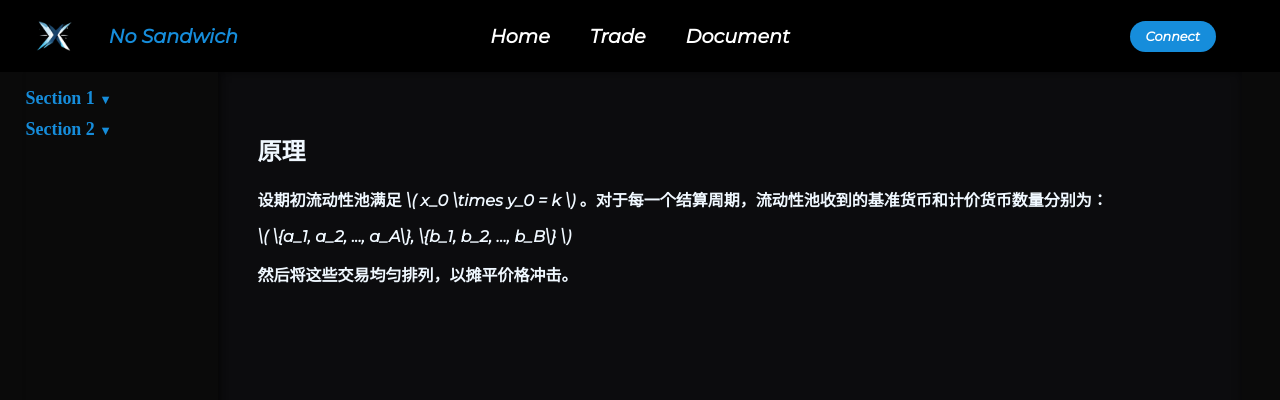
Repository: TreapGoGo/hackathon-2024-10-13
Page: /document/section/1/2 (app in Web/NoSandwichSwapPair_Web/)
An editor plug-in stored every save of this project. The page is shown before and after the next save, followed by the edit.
The browser window is 1280 px wide. The pictures show the whole page.
An inner scrolling area shows only its first screen. The project was rebuilt for these pictures with package versions that can differ from the ones it lists, and the page was loaded fresh each time. Also part of the build but not shown: Web/NoSandwichSwapPair_Web/vite.config.js, Web/NoSandwichSwapPair_Web/src/components/documents/Subsection1_1.vue, Web/NoSandwichSwapPair_Web/src/components/documents/Subsection2_1.vue, Web/NoSandwichSwapPair_Web/src/components/documents/Subsection2_2.vue.

Above is the page before, as saved 2024-10-19 00:18:37.

After the next save:
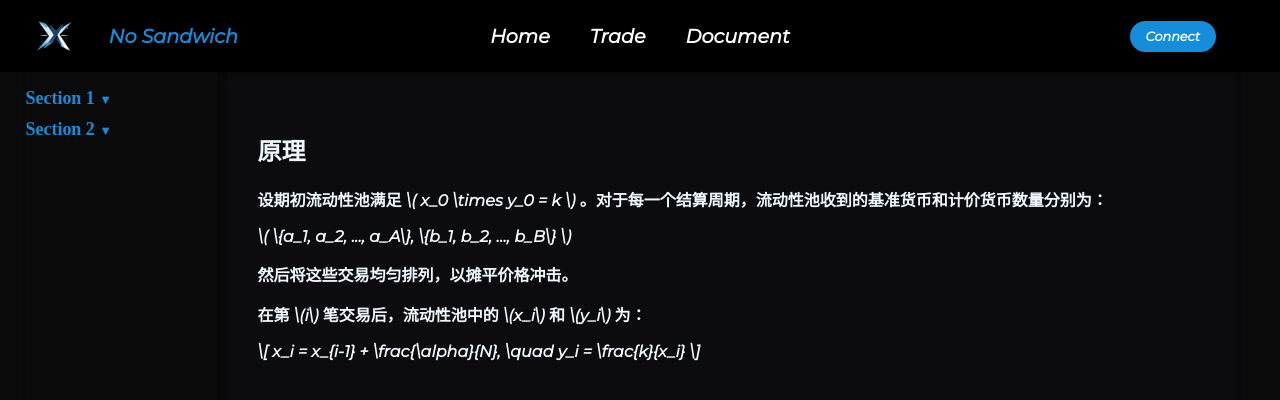
Saved 60 s later.
--- a/Web/NoSandwichSwapPair_Web/src/components/documents/Subsection1_2.vue
+++ b/Web/NoSandwichSwapPair_Web/src/components/documents/Subsection1_2.vue
@@ -4,12 +4,26 @@
     <p>设期初流动性池满足 \( x_0 \times y_0 = k \) 。对于每一个结算周期，流动性池收到的基准货币和计价货币数量分别为：</p>
     <p>\( \{a_1, a_2, ..., a_A\}, \{b_1, b_2, ..., b_B\} \)</p>
     <p>然后将这些交易均匀排列，以摊平价格冲击。</p>
+    <p>在第 \(i\) 笔交易后，流动性池中的 \(x_i\) 和 \(y_i\) 为：</p>
+    <p>\[
+      x_i = x_{i-1} + \frac{\alpha}{N}, \quad y_i = \frac{k}{x_i}
+    \]</p>
   </div>
 </template>
 
 <script>
 export default {
   name: 'Principle',
+  mounted() {
+    this.renderMath();
+  },
+  methods: {
+    renderMath() {
+      if (window.MathJax) {
+        window.MathJax.typesetPromise();
+      }
+    }
+  }
 };
 </script>
 
